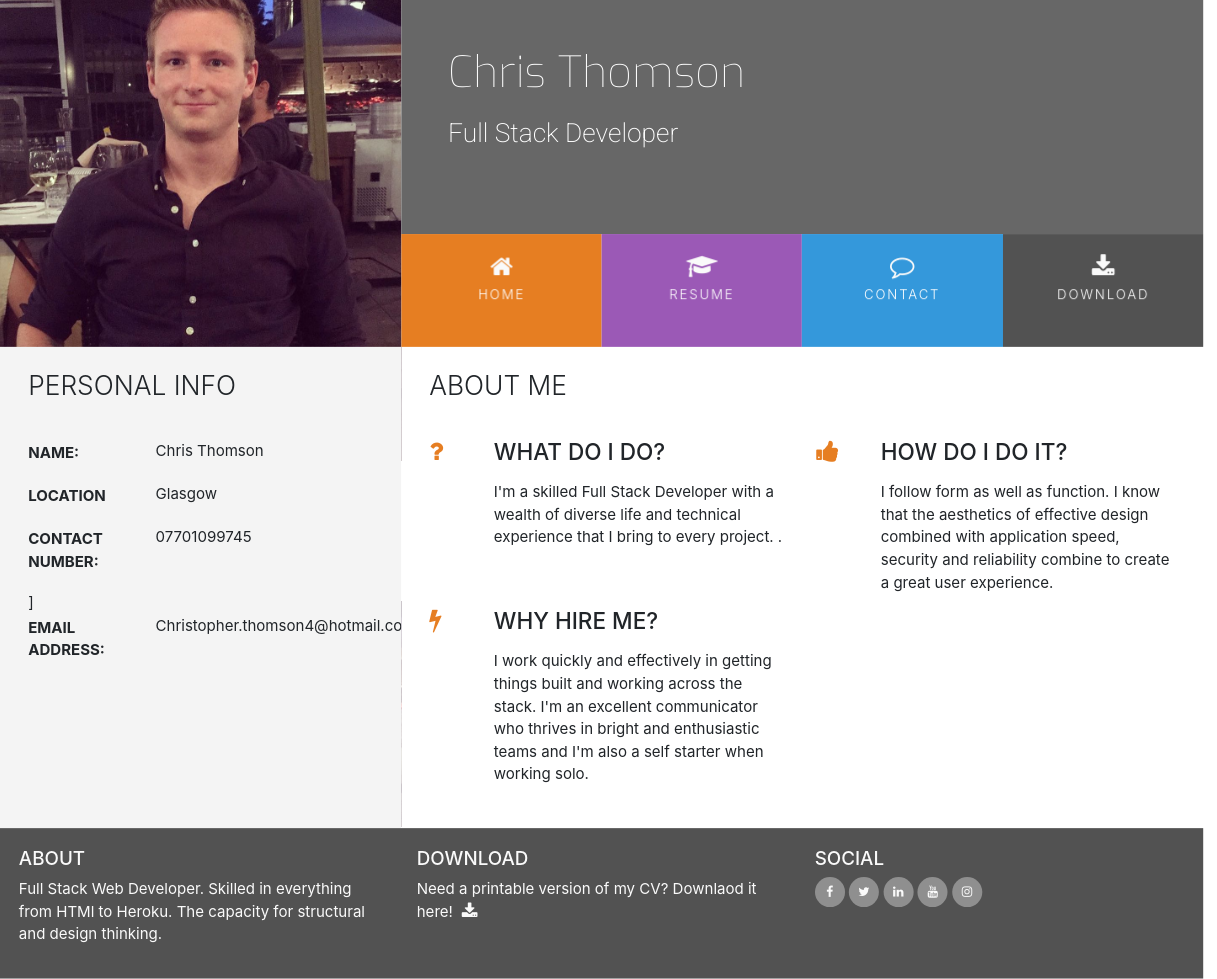
Repository: cthoms1993/Resume
Page: index.html
The author's editor kept a record of every edit. The page is drawn from the files as they stood at one moment, then again after the next edit.
The browser window is 1280 px wide. The page is 1295 px wide, so the pictures cover 1295 px, including what lies to the right of the window. The pictures show the whole page, at 94% of full size.

Above is the page before.

### index.html
<!DOCTYPE html>
<html lang="en-us">

<head>
    <meta charset="UTF-8">
    <meta name="viewport" content="width=device-width, initial-scale=1.0">
    <meta http-equiv="X-UA-Compatible" content="ie=edge">
    <link rel="stylesheet" href="https://stackpath.bootstrapcdn.com/bootstrap/4.3.1/css/bootstrap.min.css" type="text/css" />
    <link rel="stylesheet" href="https://stackpath.bootstrapcdn.com/font-awesome/4.7.0/css/font-awesome.min.css" type="text/css" />
    <link rel="stylesheet" href="https://cdnjs.cloudflare.com/ajax/libs/hover.css/2.3.1/css/hover-min.css" type="text/css" />
    <link rel="stylesheet" href="assets/css/style.css" type="text/css" />
    <title>Chris Thomson Resume</title>

</head>

<body>
    <header>
        <div class="row no-gutters">
            <a href="index.html" class="col-md-4 logo">

            </a>
            <div class="col-md-8">
                <div class="row no-gutters bg-color-name-title">
                    <div class="col heading">
                        <h1 class="name">Chris Thomson</h1>
                        <h2 class="title">Full Stack Developer</h2>
                    </div>
                </div>
                <div class="row no-gutters">
                    <div class="col">
                        <ul class="nav" class="list-inline menucontainer">
                            <li class="col-6 col-sm-3 ui-menu-color-home list-inline-item menuitem">
                                <a href="#" class="hvr-sweep-to-bottom"><i class="fa fa-home" aria-hidden="true"></i><span>Home</span></a>
                            </li>
                            <li class="col-6 col-sm-3 ui-menu-color-resume list-inline-item menuitem">
                                <a href="#" class="hvr-sweep-to-bottom"><i class="fa fa-graduation-cap" aria-hidden="true"></i><span>Resume</span></a>
                            </li>
                            <li class="col-6 col-sm-3 ui-menu-color-contact list-inline-item menuitem">
                                <a href="#" class="hvr-sweep-to-bottom"><i class="fa fa-comment-o" aria-hidden="true"></i><span>Contact</span></a>
                                <li class="col-6 col-sm-3 ui-menu-color-download list-inline-item menuitem">
                                    <a href="#" class="hvr-sweep-to-bottom"><i class="fa fa-download" aria-hidden="true"></i><span>Download</span></a>
                                </li>
                            </li>
                        </ul>
                    </div>
                </div>
            </div>
        </div>

    </header>
    <section class="container-fluid">
        <div class="row">
            <div class="col-md-4 bg-color-personal-info section-column">
                <div class="row">
                    <div class="col-12">
                        <h3 class="section-heading uppercase">Personal Info</h3>
                    </div>
                </div>
                <div class="personal-info-item">
                    <div class="key">
                        <p class="uppercase">
                            Name:
                        </p>
                    </div>
                    <div class="value">
                        <p>
                            Chris Thomson
                        </p>
                    </div>
                </div>
                 <div class="personal-info-item">
                    <div class="key">
                        <p class="uppercase">
                            Location
                        </p>
                    </div>
                    <div class="value">
                        <p>
                            Glasgow
                        </p>
                    </div>
                </div>
                 <div class="personal-info-item">
                    <div class="key">
                        <p class="uppercase">
                            contact number:
                        </p>
                    </div>
                    <div class="value">
                        <p>
                            07701099745
                        </p>
                    </div>
                </div>]
                 <div class="personal-info-item">
                    <div class="key">
                        <p class="uppercase">
                            email address:
                        </p>
                    </div>
                    <div class="value">
                        <p>
                           Christopher.thomson4@hotmail.co.uk
                        </p>
                    </div>
                </div>
            </div>
            <div class="col-md-8 bg-color-three-reasons section-column">
                <div class="row">
                    <div class="col">
                        <h3 class="section-heading uppercase">About Me</h3>
                    </div>
                </div>
                <div class="row">
                    <div class="col-10 offset-1 offset-sm-0 col-sm-4 col-md-6">
                        <div class="row">
                            <div class="col-2">
                                <i class="three-reasons-icon fa fa-question" arai-hidden="true"></i>
                            </div>
                            <div class="col-10">
                                <h4 class="three-reasons-heading uppercase">What do I do?</h4>
                                <p>I'm a skilled Full Stack Developer with a wealth of diverse life and technical experience that I bring to every project. .</p>
                            </div>
                        </div>
                    </div>
                    <div class="col-10 offset-1 offset-sm-0 col-sm-4 col-md-6">
                        <div class="row">
                            <div class="col-2">
                                <i class="three-reasons-icon fa fa-thumbs-up" arai-hidden="true"></i>
                            </div>
                            <div class="col-10">
                                <h4 class="three-reasons-heading uppercase">How do I do it?</h4>
                                <p>I follow form as well as function. I know that the aesthetics of effective design combined with application speed, security and reliability combine to create a great user experience.
                                </p>
                            </div>
                        </div>
                    </div>
                    <div class="col-10 offset-1 offset-sm-0 col-sm-4 col-md-6">
                        <div class="row">
                            <div class="col-2">
                                <i class="three-reasons-icon fa fa-bolt" aria-hidden="true"></i>
                            </div>
                            <div class="col-10">
                                <h4 class="three-reasons-heading uppercase">Why hire me?</h4>
                                <p>
                                    I work quickly and effectively in getting things built and working across the stack. I'm an excellent communicator who thrives in bright and enthusiastic teams and I'm also a self starter when working solo.
                                </p>
                            </div>
                        </div>
                    </div>
                </div>
            </div>
        </div>
    </section>
    <footer>
        <div id="footer-details" class="row">
            <div class="col-sm-4">
                <h5 class="uppercase general-sub">About</h5>
                <p class="inline-block">Full Stack Web Developer. Skilled in everything from HTMl to Heroku. The capacity for structural and design thinking.</p>
            </div>
            <div class="col-sm-4">
                <h5 class="uppercase general-sub">Download</h5>
                <p class="inline-block">Need a printable version of my CV? Downlaod it here!
                    <a href="#" target="_blank" class="cv-pdf">
                    <i class="fa fa-download" aria-hidden="true"></i>
                    <span class="sr-only">Download link.</span>
                </a>
                </p>
            </div>
            <div class="col-sm-4">
                <h5 class="uppercase general-sub">Social</h5>
                <ul class="list-inline social-links">
                    <li class="list-inline-item">
                        <a target="_blank" href="#">
                            <i class="fa fa-facebook" aria-hidden="true">
                            <span class="sr-only">Facebook</span></i>
                        </a>
                    </li>
                    <li class="list-inline-item">
                        <a target="_blank" href="#">
                            <i class="fa fa-twitter" aria-hidden="true"></i>
                            <span class="sr-only">Twitter</span>
                        </a>
                    </li>
                    <li class="list-inline-item">
                        <a target="_blank" href="#">
                            <i class="fa fa-linkedin" aria-hidden="true"></i>
                            <span class="sr-only">Linkedin</span>
                        </a>
                    </li>
                    <li class="list-inline-item">
                        <a target="_blank" href="#">
                            <i class="fa fa-youtube" aria-hidden="true"></i>
                            <span class="sr-only">Youtube</span>
                        </a>
                    </li>
                    <li class="list-inline-item">
                        <a target="_blank" href="#">
                            <i class="fa fa-instagram" aria-hidden="true"></i>
                            <span class="sr-only">Instagram</span>
                        </a>
                    </li>
                </ul>
            </div>
    </footer>

</body>

</html>

### assets/css/style.css
@import url('https://fonts.googleapis.com/css?family=Roboto:100,200,300,400,500,600,700|Exo:100,200,300,400,500,600,700');
/*-------------------------Colours*/

.bg-color-name-title {
    background-color: #676767;
}


.bg-color-three-reasons {
    background-color: #fff;
}

.bg-color-personal-info {
    background-color: #f4f4f4;
}

.ui-menu-color-home {
    background-color: #e67e22;
}

.ui-menu-color-resume {
    background-color: #9b59b6;
}

.ui-menu-color-contact {
    background-color: #3498db;
}

.ui-menu-color-download {
    background-color: #525252;
}

/*-------------------------special margins padding and text.*/

h1,
h2,
h3,
h4 {
    margin: 0;
}

.uppercase {
    text-transform: uppercase;

}

.General-sub {
    font-family: "exo", sans-serif;
    font-weight: 300;
    color: #fafafa;
}

.inline-block {
    display: inline-block;
}


.row-table {
    display: table;
}


.section-column {
    display: table-cell;
    padding: 0 30px 30px;
    float: none;
}

.section-heading {
    font: "exo", sans-serif;
    font-weight: 300;
    margin-top: 25px;
    margin-bottom: 40px;

}

/*-------------------------heading*/

header {
    margin: 0;

}

.heading {
    margin-left: 50px;
}

.logo {
    background: url("../images/me.jpg");
    background-position: center;
    background-repeat: no-repeat;
    background-size: cover;
    min-height: 360px;
    transition: all .5s ease-in-out;
    -moz-transition: all .5s ease-in-out;
    -webkit-transition: all .5s ease-in-out;
}

.name {
    font-family: "exo", sans-serif;
    font-weight: 100;
    font-size: 46px;
    margin-top: 50px;
    color: #fff;

}

.title {
    font-family: "roboto", sans-serif;
    font-weight: 200;
    font-size: 28px;
    margin-top: 20px;
    margin-bottom: 90px;
    color: #fff;
}

.list-inline-item:not(:last-child) {
    margin: 0;
}

.menucontainer {
    font-size: 0;
}

#nav {
    margin: 0;
}

#nav li {
    font-size: 14px;
    padding: 0;

}

.menuitem {
    height: 120px;
    text-align: center;
    padding: 0;
}

.menuitem a {
    width: 100%;
    text-decoration: none;
    color: #fff;
    height: 120px;
}

.menuitem a i {
    padding-top: 22px;
    display: block;
    color: #fafafa;
    font-size: 26px;
}

.menuitem span {
    display: block;
    width: 100%;
    padding-top: 5px;
    text-align: center;
    text-transform: uppercase;
    font-size: 14px;
    font-weight: 300;
    letter-spacing: 2px;
}

/*-------------------------hover.css*/

.hvr-sweep-to-bottom:before {
    background-color: rgba(0, 0, 0, 0.2);
    height: 120px;

}

/*-------------------------footer*/

footer {
    background-color: #525252;
    color: #fafafa;
    min-height: 120px;
    margin: 0;

}

.cv-pdf i {
    font-size: 18px;
    color: #fafafa;
    text-align: center;
    padding-left: 5px;
    transition: all 0.35s ease-in-out;
    -moz-transition: all 0.35s ease-in-out;
    -webkit-transition: all 0.35s ease-in-out;
    -o-transition: all 0.35s ease-in-out;
}

.cv-pdf i:hover {
    color: #e84610;
}

.social-links {
    padding-bottom: 15px;
}

.social-links li a i {
    width: 32px;
    height: 32px;
    padding: 12px 0;
    border-radius: 50%;
    font-size: 13px;
    line-height: 7px;
    text-align: center;
    color: #fafafa;
    background: #8f8f8f;
    transition: all 0.35s ease-in-out;
    -moz-transition: all 0.35s ease-in-out;
    -webkit-transition: all 0.35s ease-in-out;
    -o-transition: all 0.35s ease-in-out;
}

.social-links li a i:hover {
    background: #e84610;
}

#footer-details {
    padding: 20px;
}

/*-------------------------Three-reasons*/

.three-reasons-icon {
    font-size: 26px;
    color: #e67e22;
}

.three-reasons-heading {
    margin-bottom: 15px;

}

.bg-color-personal-info {
    background-color: #f4f4f4;
}


/*-------------------------Personal info*/

.personal-info-item {
    margin-bottom: 20px;
    display: block;
    clear: both;

}

.personal-info-item .key,
.personal-info-item .value {
    padding-right: 8px;
    display: inline-block;
}

.personal-info-item .key p,
.personal-info-item .value p {
    margin: 0;
}

.personal-info-item .key {
    width: 30%;
    margin-right: 21px;
    padding-top: 2px;
    vertical-align: top;
}

.personal-info-item .key p{
    font-weight:700;
}

.personal-info-item .value{
    position:relative;
    width:60%;

}

After the next edit:
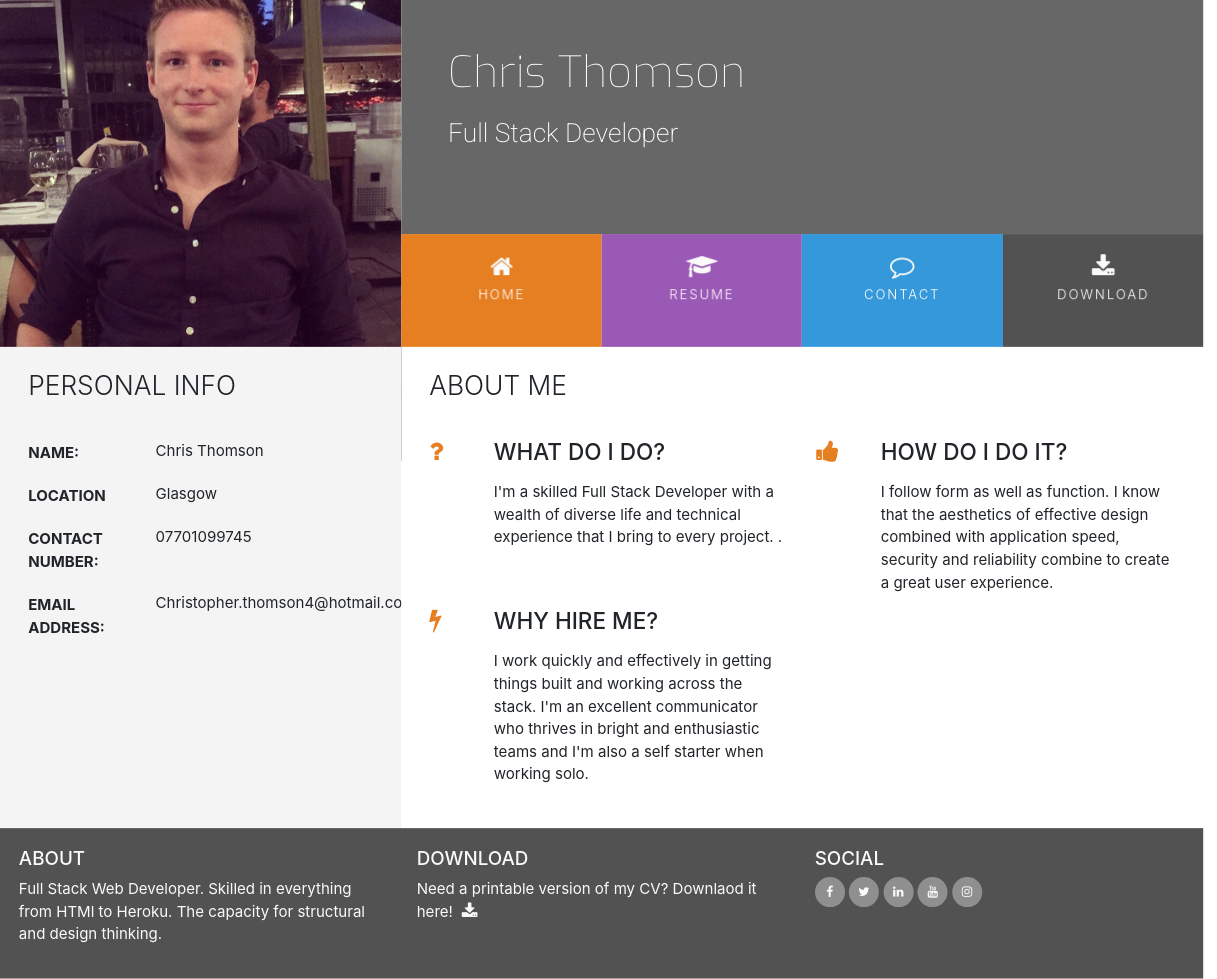
The edit:
--- a/index.html
+++ b/index.html
@@ -91,7 +91,7 @@
                             07701099745
                         </p>
                     </div>
-                </div>]
+                </div>
                  <div class="personal-info-item">
                     <div class="key">
                         <p class="uppercase">
